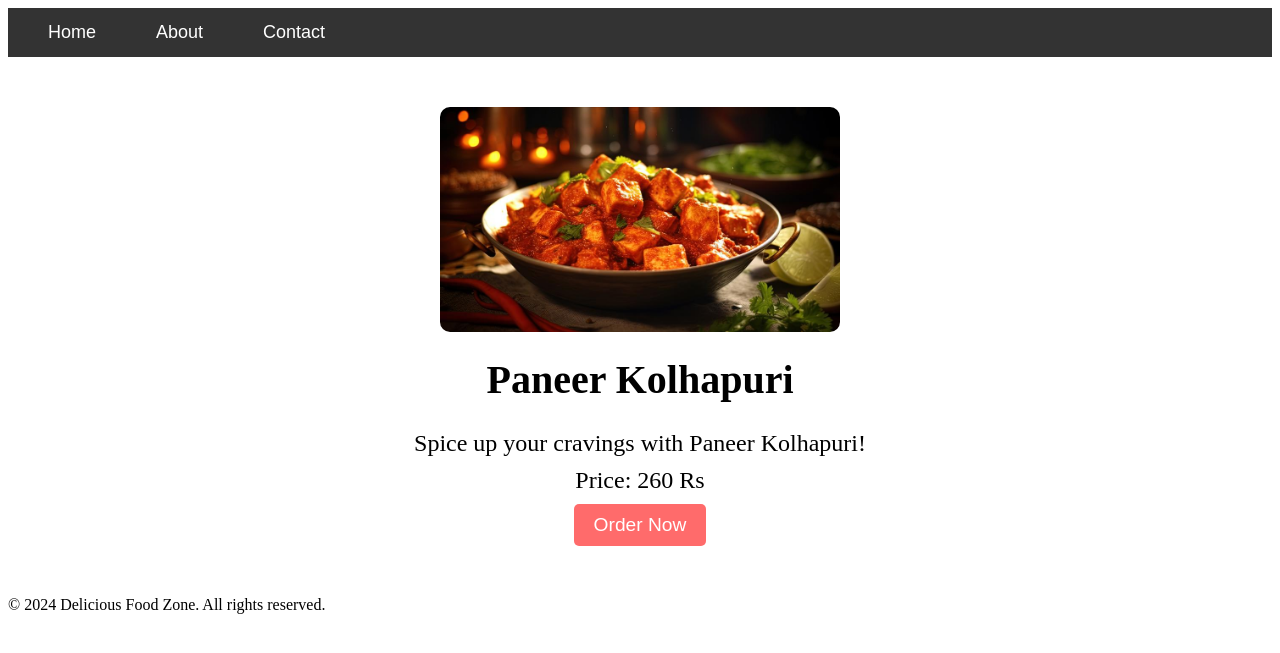
Repository: Shreya-Bonde/Restaurant-management-system
Page: panner.html
An editor plug-in stored every save of this project. The page is shown before and after a run of saves, followed by the edit.
The browser window is 1280 px wide. The pictures show the whole page.

Above is the page before, as saved 2024-11-09 01:13:16.

### panner.html
<!-- paneer-kolhapuri.html -->
<!DOCTYPE html>
<html lang="en">
<head>
    <meta charset="UTF-8">
    <meta name="viewport" content="width=device-width, initial-scale=1.0">
    <title>Paneer Kolhapuri</title>
    <style>
        /* Navbar styling */
.navbar {
    background-color: #333;
    overflow: hidden;
    padding: 0;
}

.navbar ul {
    list-style-type: none;
    margin: 0;
    padding: 0;
    display: flex;
    justify-content: flex-start;
}

.navbar ul li {
    margin-left: 20px;
}

.navbar ul li a {
    display: block;
    color: white;
    text-align: center;
    padding: 14px 20px;
    text-decoration: none;
    font-size: 18px;
    font-family: 'Arial', sans-serif;
    transition: background-color 0.3s ease;
}

.navbar ul li a:hover {
    background-color: #575757;
    color: white;
}

/* Menu Button Styling */
.menu-btn {
    display: inline-block;
    padding: 10px 15px;
    background-color: #ff6b6b;
    color: white;
    font-size: 18px;
    text-align: center;
    text-decoration: none;
    border-radius: 5px;
    transition: background-color 0.3s ease;
    cursor: pointer;
}

.menu-btn:hover {
    background-color: #ff4b4b;
}

.dish-details {
    text-align: center;
    margin: 50px auto;
}

.dish-details img {
    max-width: 400px;
    height: auto;
    border-radius: 10px;
}

.dish-details h1 {
    margin-top: 20px;
    font-size: 2.5rem;
}

.dish-details p {
    font-size: 1.5rem;
    margin: 10px 0;
}

.dish-details button {
    padding: 10px 20px;
    font-size: 1.2rem;
    background-color: #ff6b6b;
    border: none;
    color: white;
    border-radius: 5px;
    cursor: pointer;
}

.dish-details button:hover {
    background-color: #ff4b4b;
}

    </style>
</head>
<body>
    <header>
        <nav class="navbar">
            <ul>
                <li><a href="/index.html">Home</a></li>
                <li><a href="/about.html">About</a></li>
                <li><a href="/contact.html">Contact</a></li>
            </ul>
        </nav>
    </header>

    <div class="dish-details">
        <img src="paneer kolhapuri.jpg" alt="Paneer Kolhapuri">
        <h1>Paneer Kolhapuri</h1>
        <p>Spice up your cravings with Paneer Kolhapuri!</p>
        <p>Price: 260 Rs</p>
        <button onclick="alert('Order Placed!')">Order Now</button>
    </div>

    <footer>
        <p>&copy; 2024 Delicious Food Zone. All rights reserved.</p>
    </footer>
</body>
</html>

After the next 2 saves:
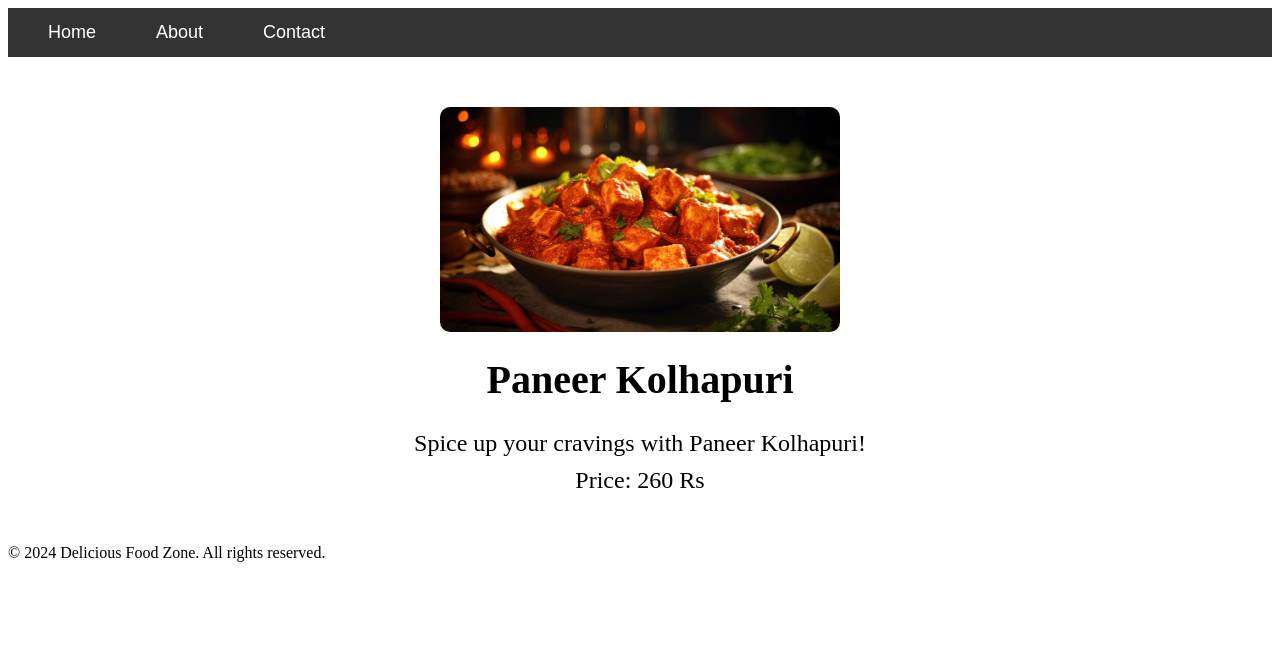
The 2 saves are shown as one change because they came seconds apart.
The last was saved 13 s later.
--- a/panner.html
+++ b/panner.html
@@ -112,7 +112,8 @@
         <h1>Paneer Kolhapuri</h1>
         <p>Spice up your cravings with Paneer Kolhapuri!</p>
         <p>Price: 260 Rs</p>
-        <button onclick="alert('Order Placed!')">Order Now</button>
+        <!-- <button onclick="alert('Order Placed!')">Order Now</button> -->
+
     </div>
 
     <footer>
